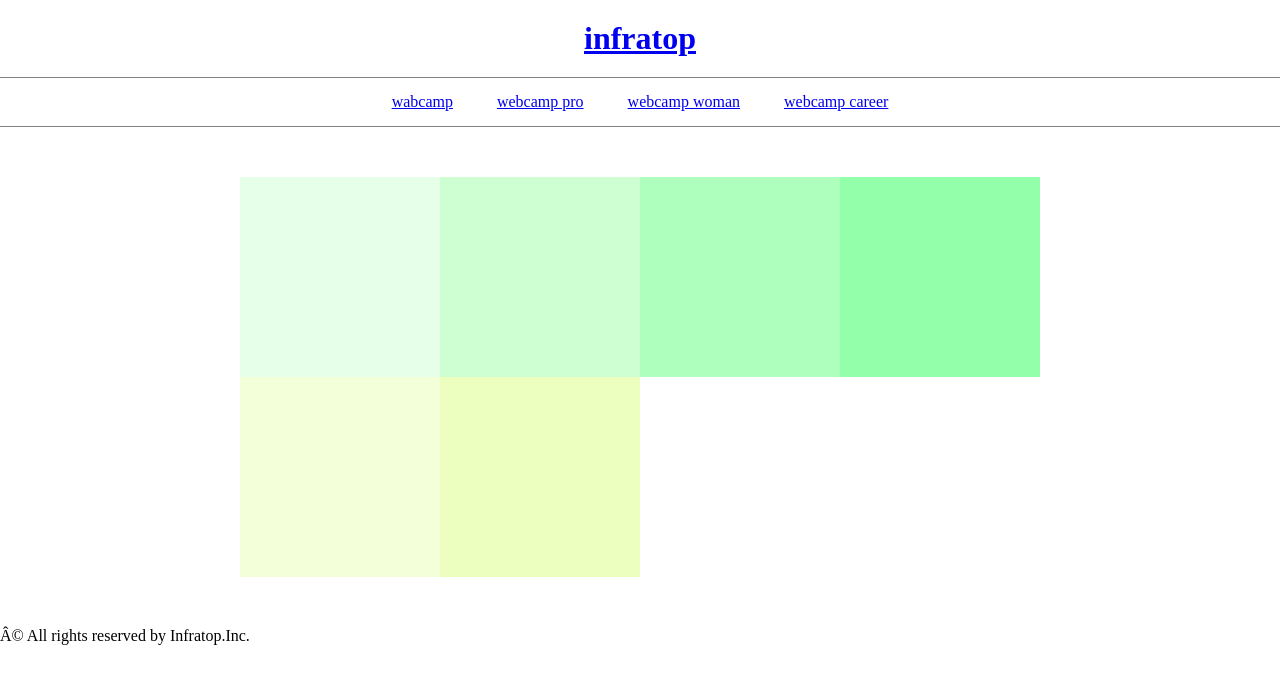
Repository: dsjanainoyo/html
Page: capter5.exercise/capter5.exercise.html
The author's editor kept a record of every edit. The page is drawn from the files as they stood at one moment, then again after the next edit.
The browser window is 1280 px wide. The pictures show the whole page.

Above is the page before.

### capter5.exercise/capter5.exercise.html
<!DOCTYPE html>
<html lang="ja">
  <head>
    <meta charset="UTF=8">
    <link rel="stylesheet" href="capter5.exercise.css">
    <title>CAPTER5</title>
  </head>

  <body>
    <header>
      <h1>
        <a href="capter5.exercise.html">
          infratop
        </a>
      </h1>
      </header>
    <nav>
      <ul class="nav-list">
        <li class="nav-list-item">
          <a href="capter5.exercise.htm">
          wabcamp
          </a>
        </li>
         <li class="nav-list-item">
         <a href="capter5.exercise.htm">
          webcamp pro
          </a>
        </li>
         <li class="nav-list-item">
          <a href="capter5.exercise.htm">
          webcamp woman
          </a>
          </li>
         <li class="nav-list-item">
          <a href="capter5.exercise.htm">
          webcamp career
          </a>
        </li>
     </ul>
    </nav>


    <main>
      <div class="box1"></div>
      <div class="box2"></div>
      <div class="box3"></div>
      <div class="box4"></div>
      <div class="box5"></div>
      <div class="box6"></div>
      <div class="box7"></div>
      <div class="box8"></div>
      <div class="box9"></div>
      <div class="box10"></div>
      <div class="box11"></div>
      <div class="box12"></div>
    </main>

    <footer>
      <div="footer-text">
        © All rights reserved by Infratop.Inc.
      </div>
    </footer>
  </body>

### capter5.exercise/capter5.exercise.css
*{
  margin:0;
  padding:0;
  box-sizing:border-box;
}

header{
  width:100%;
  margin:20px 0;
  text-align:center;
}

.nav-list{
  margin:0 auto;
  padding:15px 0;
  text-align:center;
  border-top:1px solid #848282;
  border-bottom:1px solid #848282;
}

.nav-list-item{
  list-style:none;
  margin:0 20px;
  display:inline-block;

}

main{
  width:800px;
  margin:50px auto;
  display:flex;
  flex-wrap:wrap;
}

.box1{
  width:200px;
  height:200px;
  background-color:#e6ffe9;
}

.box2{
  width:200px;
  height:200px;
  background-color:#cdffd3;
}

.box3{
  width:200px;
  height:200px;
  background-color:#aeffbd;
}

.box4{
  width:200px;
  height:200px;
  background-color:#93ffab;
}

.box5{
  width:200px;
  height:200px;
  background-color:#f3ffd8;
}

.box6{
  width:200px;
  height:200px;
  background-color:#edffbe;
}

.box7{
  width:200px;
  height:200px;
  background-color:;
}

.box1{
  width:200px;
  height:200px;
  background-color:;
}

.box1{
  width:200px;
  height:200px;
  background-color:;
}

.box1{
  width:200px;
  height:200px;
  background-color:;
}

.box1{
  width:200px;
  height:200px;
  background-color:;
}

.box1{
  width:200px;
  height:200px;
  background-color:;
}

After the next edit:
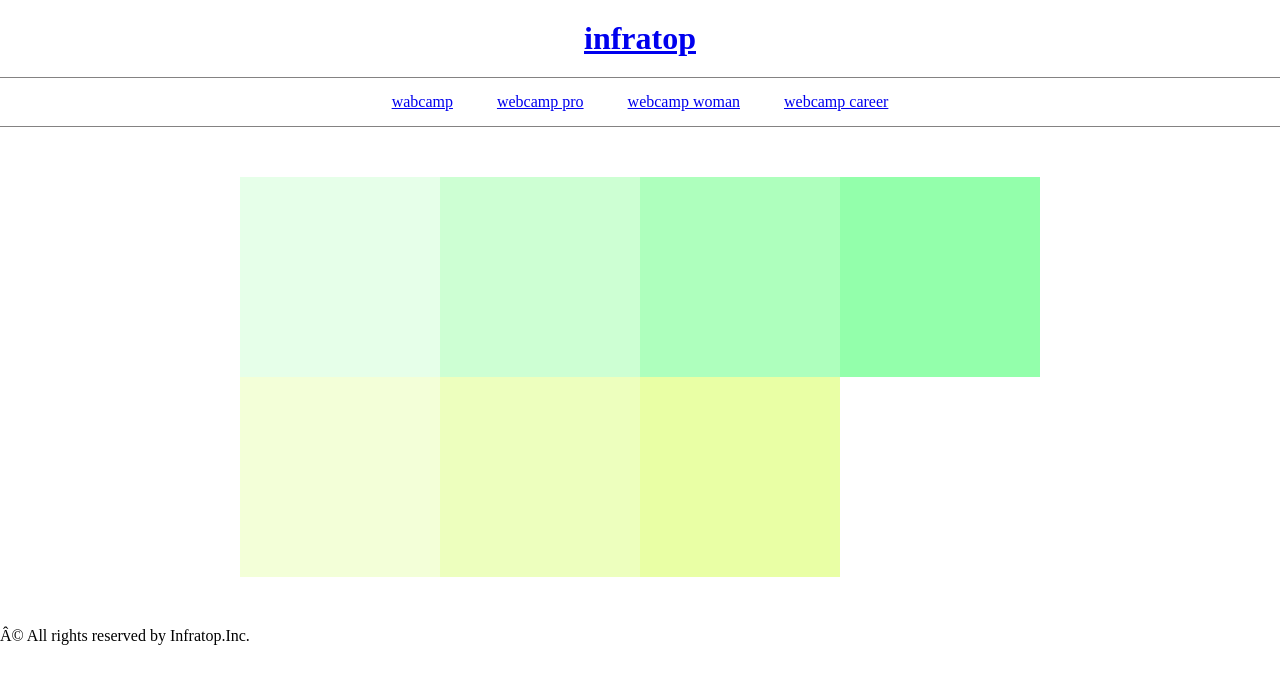
The edit:
--- a/capter5.exercise/capter5.exercise.css
+++ b/capter5.exercise/capter5.exercise.css
@@ -71,7 +71,7 @@
 .box7{
   width:200px;
   height:200px;
-  background-color:;
+  background-color:#e9ffa5;
 }
 
 .box1{
